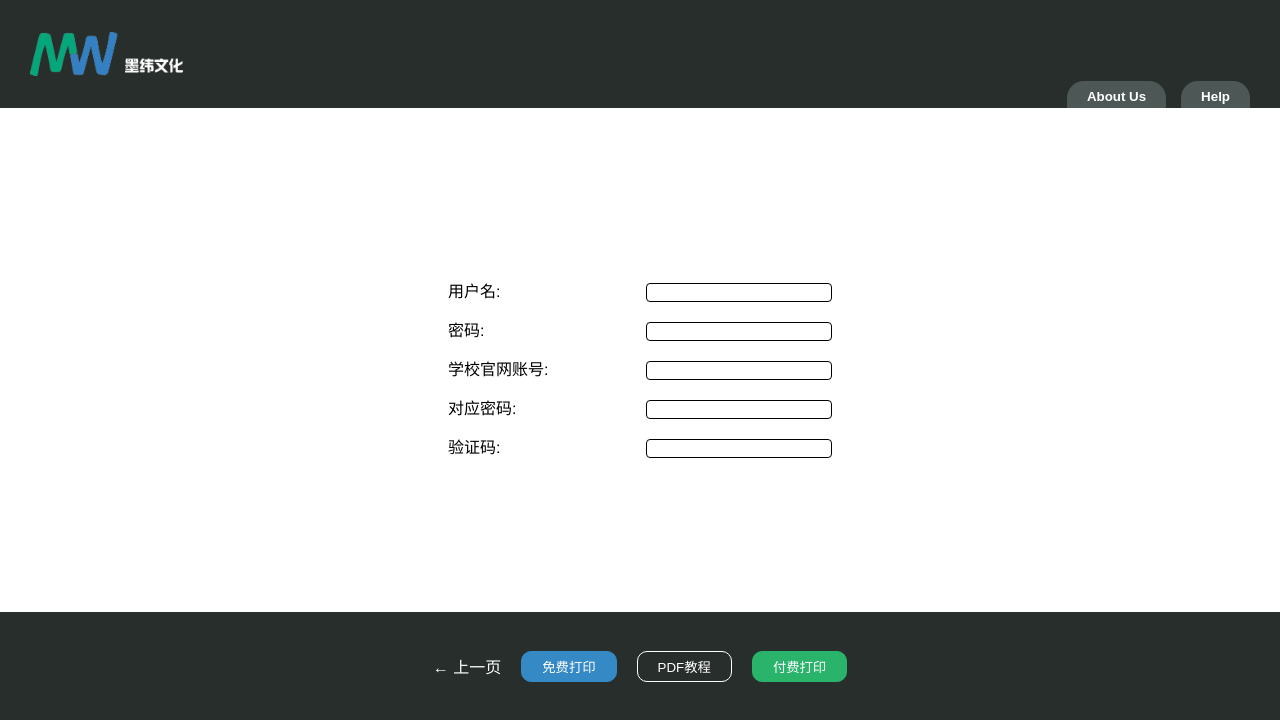
Repository: sucksucksucksuck/mw
Page: /#/register
These files come from the project's save history. The page is drawn as it stood at one moment and after the next save; the edit follows.
The browser window is 1280 px wide. The pictures show the whole page.
The project was rebuilt for these pictures with package versions that can differ from the ones it lists, and the page was loaded fresh each time. Also part of the build but not shown: webpack.config.js, src/components/HelloWorld.vue, src/components/Suck.vue.

Above is the page before, as saved 2018-04-13 17:11:34.

### index.html
<!DOCTYPE html>
<html>
  <head>
    <meta charset="utf-8">
    <meta name="viewport" content="width=device-width,initial-scale=1.0">
    <title>mw文化</title>
  </head>
  <body>
    <div id="app">

    </div>
  </body>
</html>

### src/App.vue
<template>
  <div id="app">
    <header>
      <img src="./assets/images/logo.png" alt="">
      <div class="btn">
        <button type="button">About Us</button>
        <button type="button">Help</button>
      </div>
    </header>
    <div class="wrap">
        <router-view/>
    </div>
    <footer>
      <div @click='back'>
          ← 上一页
      </div>
          <button type="button" class="free">
              免费打印
            </button>
            <button type="button" class="pdf">
              PDF教程
            </button>
            <button type="button" class="pay">
              付费打印
            </button>
    </footer>
  </div>
</template>

<script>
export default {
  name: 'App',
  methods: {
    back: function () {
      this.$router.go(-1);
    }
  }
}
</script>

<style>
#app {
  font-family: 'Avenir', Helvetica, Arial, sans-serif;
  -webkit-font-smoothing: antialiased;
  -moz-osx-font-smoothing: grayscale;
  text-align: center;
  color: #fff;
  background-color: #282E2C;
  height: 100%;
  display: flex;
  flex-direction: column;
  flex: 1;
  width: 100%;
  overflow: hidden;
  position: absolute;
  top: 0;
  left: 0;
}
header {
  background: #282E2C;
  height: 15%;
  justify-content: space-between;
  align-items: center;
  display: flex;
}
header .btn {
  margin-right: 30px;
  display: flex;
  flex-direction: row;
  justify-content: space-between;
  align-self: flex-end;
}
header .btn button {
  margin-left: 15px;
  border: none;
  background: rgba(225, 255, 255, 0.2);
  color:#fff;
  border-top-left-radius: 17px;
  border-top-right-radius: 17px;
  padding: 8px 20px 4px 20px;
  cursor: pointer;
  outline: none;
  font-weight: 600;
}

.wrap {
  flex:1;
  display: flex;
  background: #fff;
}
header img {
  height: 40%;
  margin-left: 30px;
}
* {
  margin: 0;
}
footer {
  background: #282E2C;
  height: 15%;
  justify-content: center;
  display: flex;
  align-items: center
}
footer div {
  cursor: pointer;
}
footer div:hover {
  color: #3580C4;
}
.free {
  margin-left: 20px;
  border: 1px solid #3589C5;
  background: #3589C5;
  color:#fff;
  border-radius: 10px;
  padding: 5px 20px;
  cursor: pointer;
  outline: none;
}
.pdf {
  margin-left: 20px;
  border: 1px solid #fff;
  box-sizing: content-box;
  background: transparent;
  color:#fff;
  border-radius: 10px;
  padding: 5px 20px;
  cursor: pointer;
  outline: none;
}
.pay {
  margin-left: 20px;
  border: 1px solid #2AB36B;
  background: #2AB36B;
  color:#fff;
  border-radius: 10px;
  padding: 5px 20px;
  cursor: pointer;
  outline: none;
}
</style>

### src/router/index.js
import Vue from 'vue'
import Router from 'vue-router'
import HelloWorld from '@/components/HelloWorld'
import Suck from '@/components/Suck'
import Register from '@/components/Register'
Vue.use(Router)

export default new Router({
  routes: [
    {
      path: '/',
      name: 'HelloWorld',
      component: HelloWorld
    },
    {
      path: '/suck',
      name: 'Suck',
      component: Suck
    },
    {
      path: '/register',
      name: 'Register',
      component: Register
    }
  ]
})

### src/components/Register.vue
<template>
  <!-- <div class="hello">
      <h1>{{ msg }}23234</h1>
    </div> -->
  <div class="register">
    <div class="item">
      <div>用户名:</div>
      <input type="text" name="name">
    </div>
    <div class="item">
      <div>密码:</div>
      <input type="text" name="name">
    </div>
    <div class="item">
      <div>学校官网账号:</div>
      <input type="text" name="name">
    </div>
    <div class="item">
      <div>对应密码:</div>
      <input type="text" name="name">
    </div>
    <div class="item">
      <div>验证码:</div>
      <input type="text" name="name">
    </div>
  </div>
</template>

<script>
  export default {
    name: 'Register',

  }

</script>

<!-- Add "scoped" attribute to limit CSS to this component only -->
<style scoped>
  .register {
    color: #000;
    display: flex;
    align-items: center;
    justify-content: center;
    flex: 1;
    flex-direction: column;
  }
.item {
  display: flex;
  flex-direction: row;
  justify-content: space-between;
  width: 30%;
  margin-top: 15px;
}
.item div {
  align-self: flex-end;
}
input {
  align-self: flex-end;
  outline: none;
  border-radius: 4px;
  border: 1px solid #000;
  padding-left: 5px;
}
</style>

Loaded but not shown: src/main.js (common file)

After the next save:
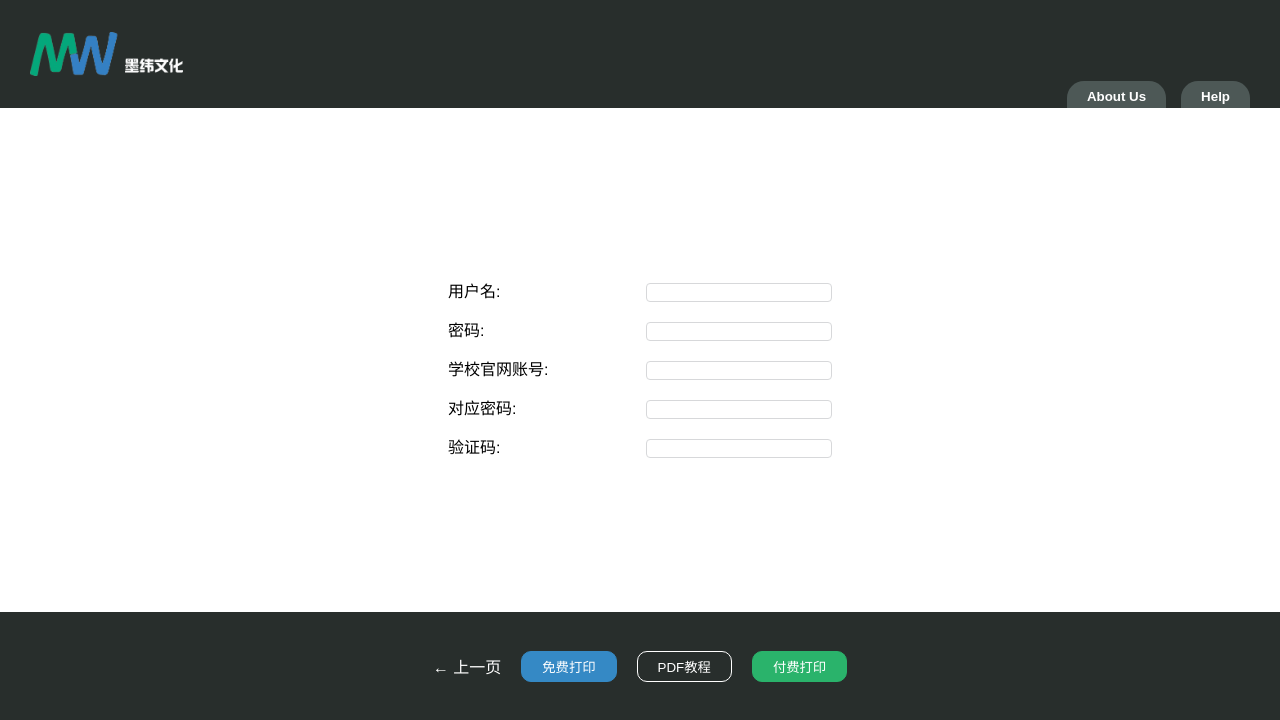
Saved 12 s later.
--- a/src/components/Register.vue
+++ b/src/components/Register.vue
@@ -58,7 +58,7 @@
   align-self: flex-end;
   outline: none;
   border-radius: 4px;
-  border: 1px solid #000;
+  border: 1px solid #D7D8DA;
   padding-left: 5px;
 }
 </style>
